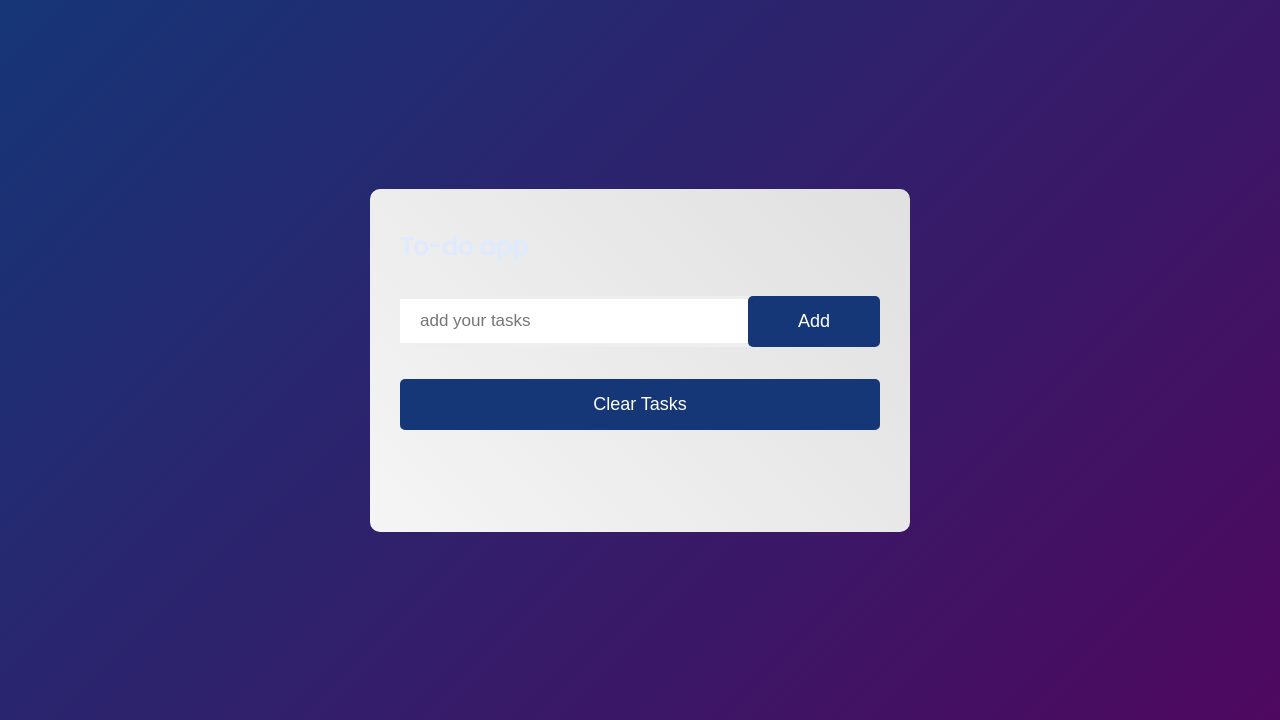
Repository: samoshi/To-do
Page: http://localhost/
These files come from the project's save history. The page is drawn as it stood at one moment and after the next save; the edit follows.
The browser window is 1280 px wide. The pictures show the whole page.
The pointer rests on the first visible `input`.
The page is served by the project's application, run on Flask 3 (app/app.py). Queries for data that is not in the repository find no rows.

Above is the page before, as saved 2024-01-14 21:41:40.

After the next save:
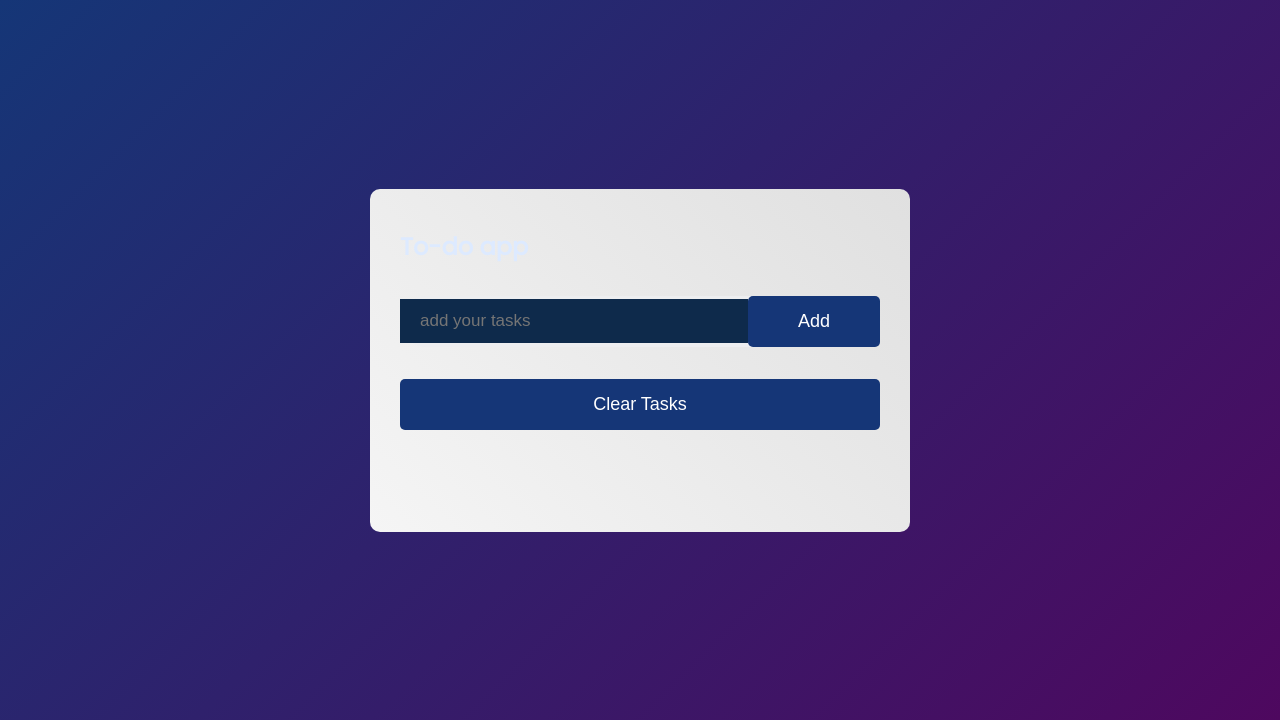
Saved 18 s later.
--- a/app/static/style.css
+++ b/app/static/style.css
@@ -58,6 +58,11 @@ input{
     font-size: 17px;
     padding-left: 20px;
 }
+
+input:hover, button:hover {
+    cursor: pointer;
+    background-color: #0e2a4b; /* Darker blue for input and button on hover */
+  }
 button.clear_button, button.add_button{
     border: none;
     cursor: pointer;
